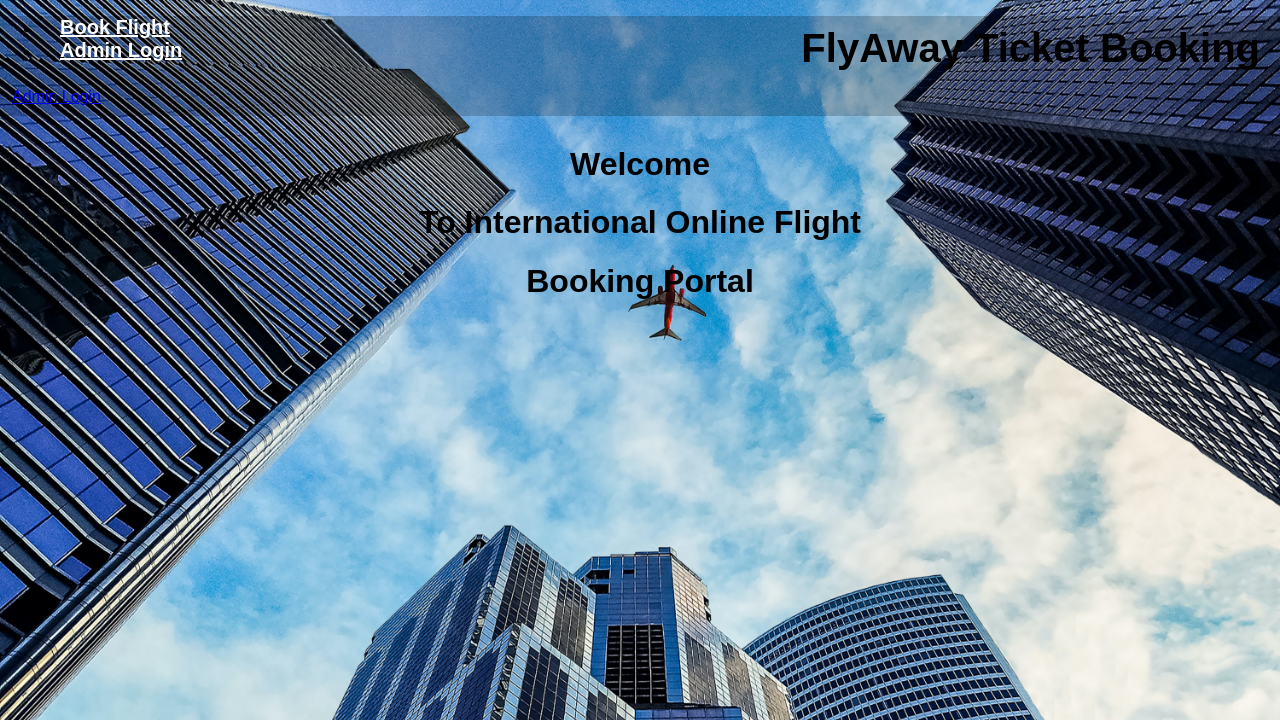
Repository: sayrabano/Phase2-project
Page: http://localhost/FlyAway/Home.jsp
These files come from the project's save history. The page is drawn as it stood at one moment and after the next save; the edit follows.
The browser window is 1280 px wide. The pictures show the whole page.
Some web fonts or font styles are not loaded; a fallback is used. The page is served by Tomcat 9.

Above is the page before, as saved 2021-09-25 20:21:34.

After the next save:
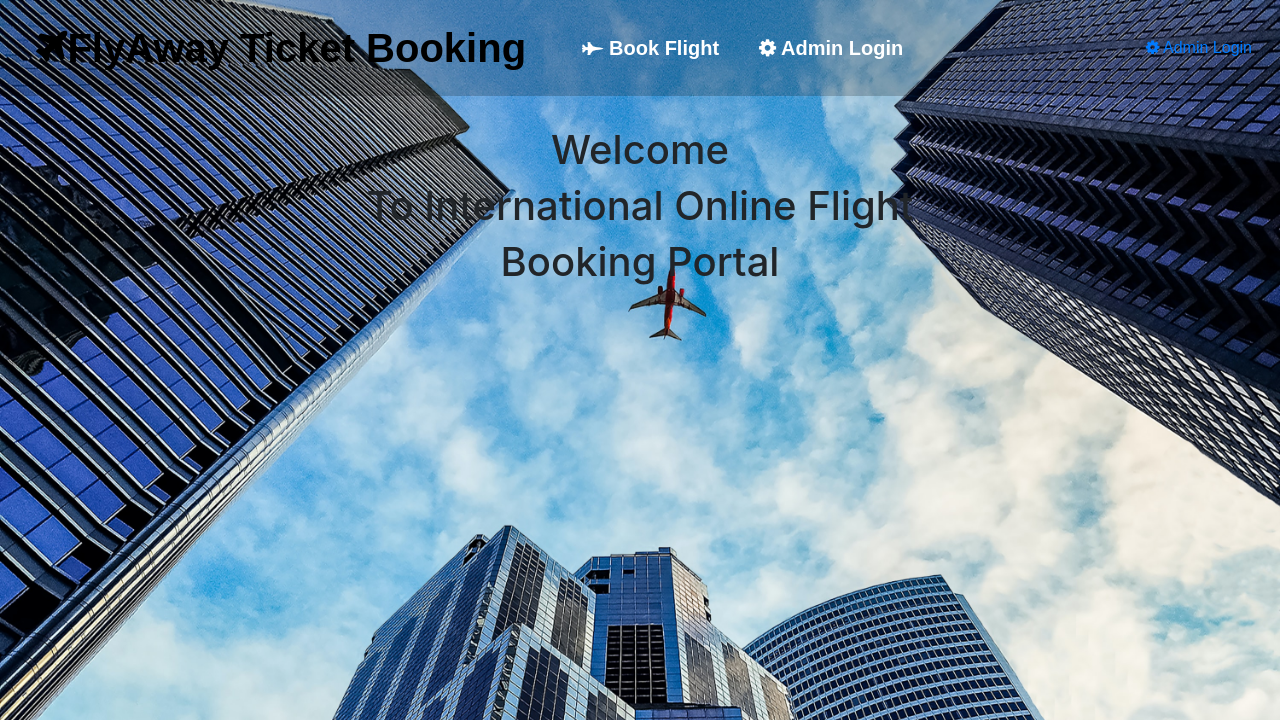
Saved 25 s later.
--- a/FlyAway/src/main/webapp/Home.jsp
+++ b/FlyAway/src/main/webapp/Home.jsp
@@ -7,7 +7,7 @@
 
 <link rel="stylesheet" href="CSS/style1.css" />
 
-
+<%@include file="allcss.jsp" %>
 </head>
 <body>
 
